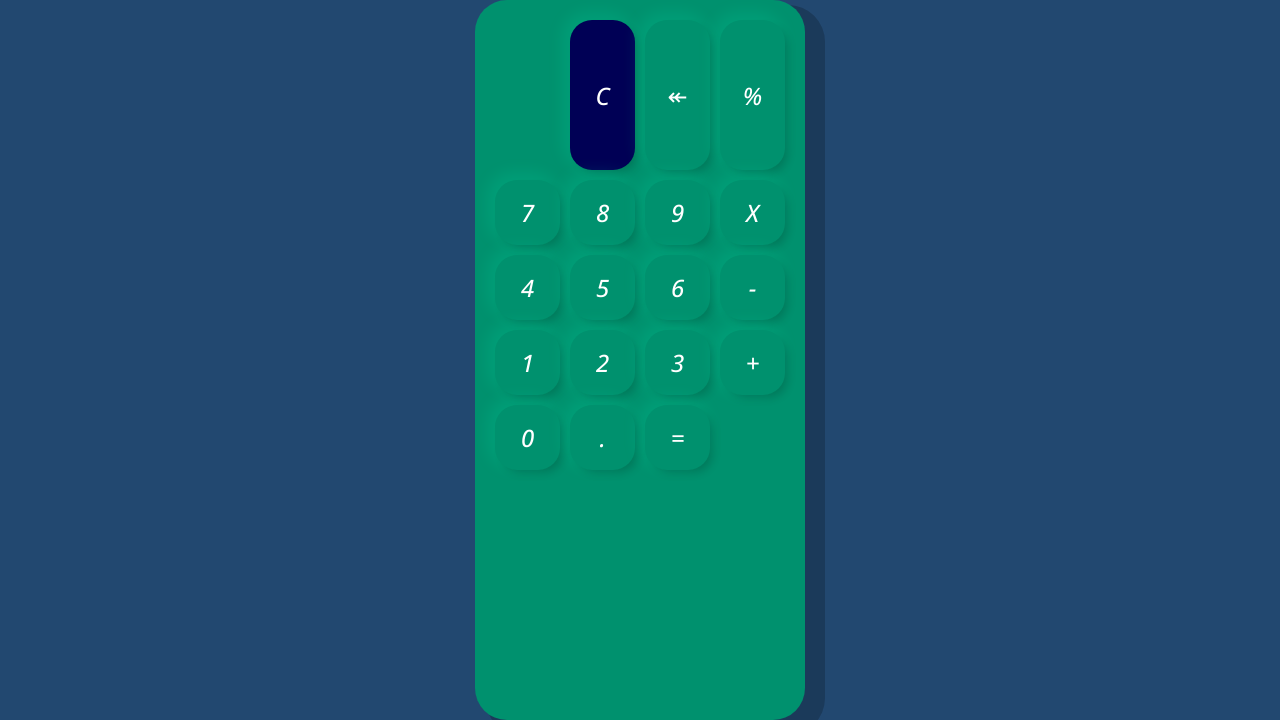
Repository: jhonenmanuel1/javaScript-calculator
Page: src/index.html
An editor plug-in stored every save of this project. The page is shown before and after the next save, followed by the edit.
The browser window is 1280 px wide. The pictures show the whole page.
The first visible `button` is being pressed.

Above is the page before, as saved 2022-08-02 23:30:07.

### src/index.html
<!DOCTYPE html>
<html lang="en">
  <head>
    <meta charset="UTF-8" />
    <meta http-equiv="X-UA-Compatible" content="IE=edge" />
    <meta name="viewport" content="width=device-width, initial-scale=1.0" />
    <title>JavaScript Calculator</title>
    <link href="https://fonts.googleapis.com/css2?family=Open+Sans:ital,wght@1,500&display=swap" rel="stylesheet">
    <link href="styles.css" rel="stylesheet"/>
  </head>
  <body>
    <div class="container">
      <div class="calculator">
        <div class="display">
          <div id="last-value"></div>
          <div id="actual-value"></div>
        </div>
        <button class="col-2"> C</button>
        <button>&Larr;</button>
        <button class="number">%</button>
        <button class="number">7</button>
        <button class="number">8</button>
        <button class="number">9</button>
        <button class="operator" >X</button>
        <button class="number">4</button>
        <button class="number">5</button>
        <button class="number">6</button>
        <button class="operator">-</button>
        <button class="number">1</button>
        <button class="number">2</button>
        <button class="number">3</button>
        <button class="operator">+</button>
        <button class=" col-2 number">0</button>
        <button class="number">.</button>
        <button class="operator">=</button>
      </div>
    </div>
  </body>
</html>

### src/styles.css
* {
    font-family: 'Open Sans', sans-serif;
    color: #fff;
}
body{
    margin: 0;
    background-color: #224870;
}
.container{
    display: flex;
    justify-content: center;
    height: 100vh;

}
.calculator{
    display: grid;
    grid-template-columns: repeat(4, 75px);
    grid-template-rows: 160px repeat(5, 75px);
    background-color: #00916e;
    padding: 15px;
    border-radius: 32px;
    box-shadow: 15px  10px 0px 5px #00000033;

}
button{
    cursor: pointer;
    margin: 5px;
    padding: 0;
    border-radius: 22px;
    font-size: 1.5em;
    background-color: #00916e ;
    border: none;
    box-shadow: 5px 5px 10px -3px  #00000033, -5px -5px 15px 3px #00ffc11f ;

}
button:active{
    background-color: #005;
}

After the next save:
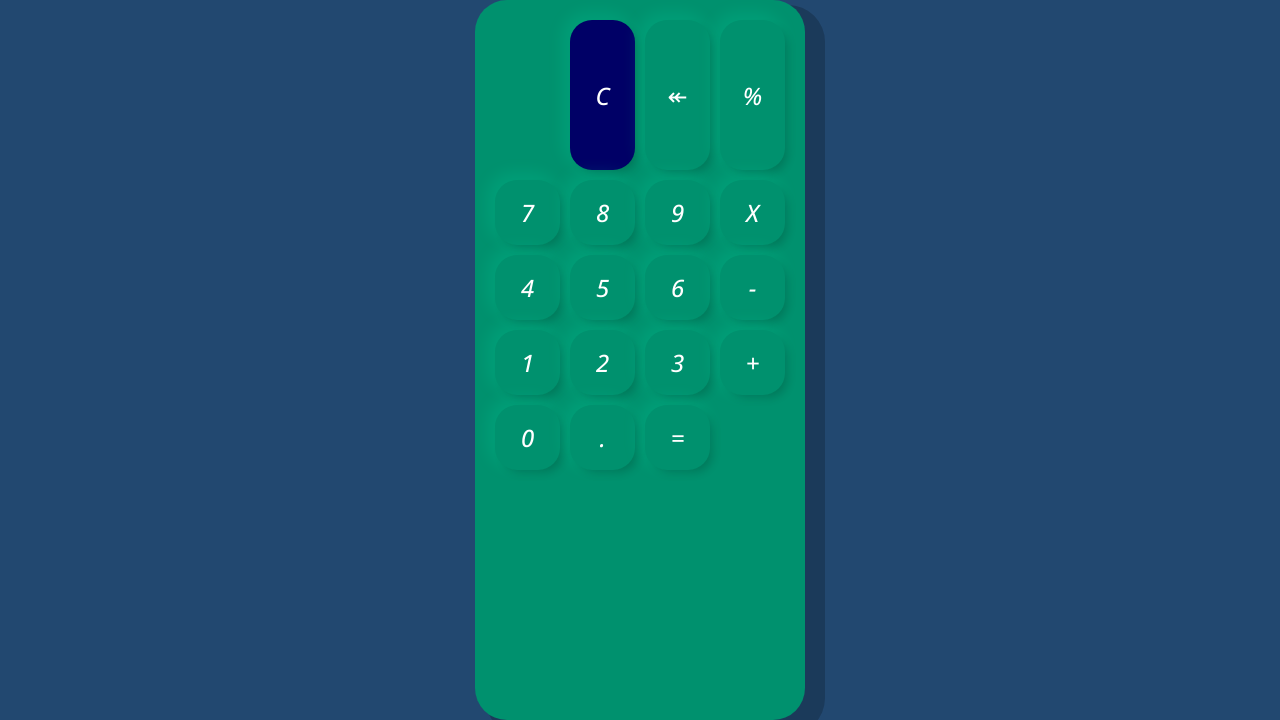
Saved 7 s later.
--- a/src/styles.css
+++ b/src/styles.css
@@ -34,5 +34,5 @@ button{
 
 }
 button:active{
-    background-color: #005;
+    background-color: #006;
 }
